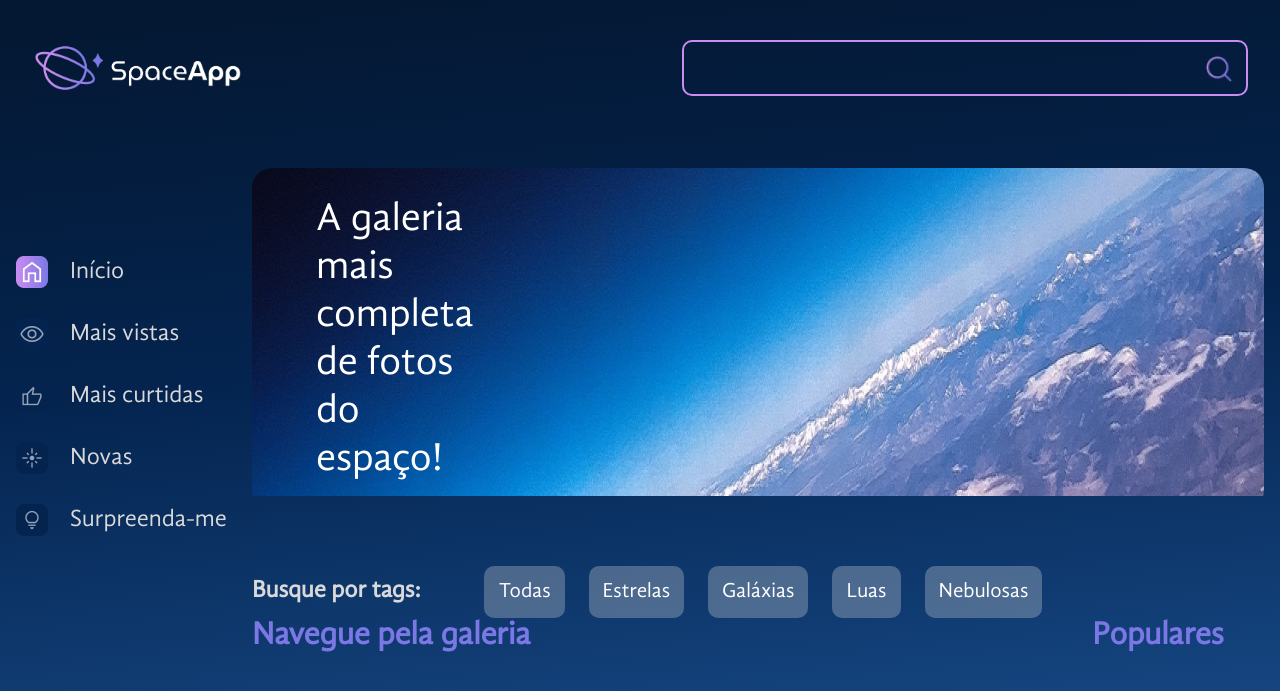
Repository: guilhermecardoso93/space-app-alura
Page: /
An editor plug-in stored every save of this project. The page is shown before and after the next save, followed by the edit.
The browser window is 1280 px wide. The pictures show the whole page.
The project was rebuilt for these pictures with package versions that can differ from the ones it lists, and the page was loaded fresh each time. Also part of the build but not shown: vite.config.js.

Above is the page before, as saved 2024-06-21 20:58:46.

### index.html
<!doctype html>
<html lang="en">
  <head>
    <meta charset="UTF-8" />
    <link rel="icon" type="image/svg+xml" href="/imagens/logo.png" />
    <meta name="viewport" content="width=device-width, initial-scale=1.0" />
    <title>SpaceApp</title>
  </head>
  <body>
    <div id="root"></div>
    <script type="module" src="/src/main.jsx"></script>
  </body>
</html>

### src/App.jsx
import { Banner } from "./components/Banner";
import { EstilosGlobais } from "./components/EstilosGlobais";
import { Header } from "./components/Header";
import { SideBar } from "./components/SideBar";

import bannerBackground from "./assets/banner.png";
import {
  AppContainer,
  ConteudoGaleria,
  FundoGradiente,
  MainContainer,
} from "./styles";
import { Gallery } from "./components/Gallery";

export function App() {
  return (
    <FundoGradiente>
      <EstilosGlobais />
      <AppContainer>
        <Header />
        <MainContainer>
          <SideBar />
          <ConteudoGaleria>
            <Banner
              texto="A galeria mais completa de fotos do espaço!"
              backgroundImage={bannerBackground}
            />
            <Gallery />
          </ConteudoGaleria>
        </MainContainer>
      </AppContainer>
    </FundoGradiente>
  );
}

### src/components/Banner/index.jsx
import { styled } from "styled-components";

export function Banner(props) {
  return (
    <FigureEstilizada $backgroundImage={props.backgroundImage}>
      <TituloEstilizado>{props.texto}</TituloEstilizado>
    </FigureEstilizada>
  );
}

const FigureEstilizada = styled.figure`
  background-image: ${(props) => `url(${props.$backgroundImage})`};
  flex-grow: 1;
  background-repeat: no-repeat;
  display: flex;
  align-items: center;
  min-height: 328px;
  margin: 0;
  border-radius: 20px;
  max-width: 100%;
`;

const TituloEstilizado = styled.h1`
  font-weight: 400;
  font-size: 40px;
  line-height: 48px;
  color: #ffffff;
  max-width: 300px;
  padding: 0 64px;
`;

### src/components/EstilosGlobais/index.jsx
import { createGlobalStyle } from "styled-components";

import GandhiSansRegular from "./fonts/GandhiSans-Regular.otf";
import GandhiSansBold from "./fonts/GandhiSans-Bold.otf";

export const EstilosGlobais = createGlobalStyle`
  @font-face {
    font-family: 'GandhiSansRegular';
    src: local('Gandhi Sans Regular'), local('GandhiSansRegular'), url(${GandhiSansRegular});
  }
  @font-face {
    font-family: 'GandhiSansBold';
    src: local('Gandhi Sans Bold'), local('GandhiSansBold'), url(${GandhiSansBold});
  }

  * {
  margin: 0;
  padding: 0;
  box-sizing: border-box;
}

html {
  line-height: 1.15;
  -webkit-text-size-adjust: 100%;
  font-family: GandhiSansRegular;
}
body {
  margin: 0;
  min-height: 100vh;
}
main {
  display: block;
}
h1 {
  font-size: 2em;
  margin: 0.67em 0;
}
hr {
  box-sizing: content-box;
  height: 0;
  overflow: visible;
}
a {
  background-color: transparent;
}
abbr[title] {
  border-bottom: none;
  text-decoration: underline;
  text-decoration: underline dotted;
}
b,
strong {
  font-weight: bolder;
}
code,
kbd,
samp {
  font-family: monospace, monospace;
  font-size: 1em;
}
small {
  font-size: 80%;
}
sub,
sup {
  font-size: 75%;
  line-height: 0;
  position: relative;
  vertical-align: baseline;
}
sub {
  bottom: -0.25em;
}
sup {
  top: -0.5em;
}
img {
  border-style: none;
}
button,
input,
optgroup,
select,
textarea {
  font-family: inherit;
  font-size: 100%;
  line-height: 1.15;
  margin: 0;
}
button,
input {
  overflow: visible;
}
button,
select {
  text-transform: none;
}
button,
[type="button"],
[type="reset"],
[type="submit"] {
  -webkit-appearance: button;
}
button::-moz-focus-inner,
[type="button"]::-moz-focus-inner,
[type="reset"]::-moz-focus-inner,
[type="submit"]::-moz-focus-inner {
  border-style: none;
  padding: 0;
}
button:-moz-focusring,
[type="button"]:-moz-focusring,
[type="reset"]:-moz-focusring,
[type="submit"]:-moz-focusring {
  outline: 1px dotted ButtonText;
}
fieldset {
  padding: 0.35em 0.75em 0.625em;
}
legend {
  box-sizing: border-box;
  color: inherit;
  display: table;
  max-width: 100%;
  padding: 0;
  white-space: normal;
}
progress {
  vertical-align: baseline;
}
textarea {
  overflow: auto;
}
[type="checkbox"],
[type="radio"] {
  box-sizing: border-box;
  padding: 0;
}
[type="number"]::-webkit-inner-spin-button,
[type="number"]::-webkit-outer-spin-button {
  height: auto;
}
[type="search"] {
  -webkit-appearance: textfield;
  outline-offset: -2px;
}
[type="search"]::-webkit-search-decoration {
  -webkit-appearance: none;
}
::-webkit-file-upload-button {
  -webkit-appearance: button;
  font: inherit;
}
details {
  display: block;
}
summary {
  display: list-item;
}
template {
  display: none;
}
[hidden] {
  display: none;
}
`;

### src/components/Header/index.jsx
import { CampoTexto } from "../CampoTexto";
import { HeaderContainer } from "./styles";

export function Header() {
  return (
    <HeaderContainer>
      <img src="/imagens/logo.png" alt="Logo" />
      <CampoTexto />
    </HeaderContainer>
  );
}

### src/components/SideBar/index.jsx
import { SideBarContainer, SidebarLista } from "./styles";
import { ItemLista } from "./ItemLista";

export function SideBar() {
  return (
    <SideBarContainer>
      <nav>
        <SidebarLista>
          <a href="/">
            <ItemLista
              iconeAtivo="/icones/home-ativo.png"
              iconeInativo="/icones/home-inativo.png"
              ativo={true}
            >
              Início
            </ItemLista>
          </a>
          <ItemLista
            iconeAtivo="/icones/mais-vistas-ativo.png"
            iconeInativo="/icones/mais-vistas-inativo.png"
          >
            Mais vistas
          </ItemLista>
          <a href="/"></a>
          <ItemLista
            iconeAtivo="/icones/mais-curtidas-ativo.png"
            iconeInativo="/icones/mais-curtidas-inativo.png"
          >
            Mais curtidas
          </ItemLista>
          <ItemLista
            iconeAtivo="/icones/novas-ativo.png"
            iconeInativo="/icones/novas-inativo.png"
          >
            Novas
          </ItemLista>
          <a href="/"></a>
          <a href="/"></a>
          <ItemLista
            iconeAtivo="/icones/surpreenda-me-ativo.png"
            iconeInativo="/icones/surpreenda-me-inativo.png"
          >
            Surpreenda-me
          </ItemLista>
          <a href="/"></a>
        </SidebarLista>
      </nav>
    </SideBarContainer>
  );
}

### src/styles.js
import { styled } from "styled-components";

export const FundoGradiente = styled.div`
  background: linear-gradient(
    174.61deg,
    #041833 4.16%,
    #04244f 48%,
    #154580 96.76%
  );
  width: 100%;
  min-height: 100vh;
`;

export const AppContainer = styled.div`
  width: 1440px;
  max-width: 100%;
  margin: 0 auto;
  padding: 1rem;
`;

export const MainContainer = styled.main`
  display: flex;
  gap: 1.5rem;
  align-items: center;
`;

export const ConteudoGaleria = styled.section`
  display: flex;
  flex-direction: column;
  flex-grow: 1;
`;

### src/components/Gallery/index.jsx
import { Titulo } from "../Titulo";
import { SectionPopulares } from "./SectionPopulares";
import { Tags } from "./Tags";

import { GaleriaContainer, SecaoFluida, ImagensContainer } from "./styles";

export function Gallery({ fotos = [] }) {
  return (
    <div>
      <Tags />
      <GaleriaContainer>
        <SecaoFluida>
          <Titulo>Navegue pela galeria</Titulo>
          <ImagensContainer>
            {fotos.map((foto) => (
              <Imagem key={foto.id} foto={foto} />
            ))}
          </ImagensContainer>
        </SecaoFluida>
        <SectionPopulares />
      </GaleriaContainer>
    </div>
  );
}

### src/components/CampoTexto/index.jsx
import { ContainerEstilizado, IconeLupa, CampoTextoEstilizado} from './styles'
import search from './search.png'

export function CampoTexto(props) {
  return (
    <ContainerEstilizado>
        <CampoTextoEstilizado {...props} />
        <IconeLupa src={search} alt="ícone de lupa" />
    </ContainerEstilizado>
)
}

### src/components/Header/styles.js
import styled from "styled-components";

export const HeaderContainer = styled.header`
  padding: 60px 0;
  display: flex;
  justify-content: space-between;
  align-items: center;
  padding: 1rem;
  margin-bottom: 3rem;

  img {
    max-width: 212px;
  }
`;

### src/components/SideBar/styles.js
import styled from "styled-components";

export const SideBarContainer = styled.aside`
  a {
    text-decoration: none;
  }
`;

export const SidebarLista = styled.ul`
  list-style: none;
  padding: 0;
  margin: 0;
  width: 212px;
`;

### src/components/SideBar/ItemLista/index.jsx
/* eslint-disable react/prop-types */
import styled from "styled-components";

export function ItemLista(props) {
  return (
    <ItemListaLi>
      <img src={props.ativo ? props.iconeAtivo : props.iconeInativo} alt="" />
      {props.children}
    </ItemListaLi>
  );
}

const ItemListaLi = styled.li`
  font-size: 24px;
  line-height: 29px;
  margin-bottom: 30px;
  cursor: pointer;
  color: ${(props) => (props.$ativo ? "#7B78E5" : "#D9D9D9")};
  font-family: ${(props) =>
    props.$ativo ? "GandhiSansBold" : "GandhiSansRegular"};
  display: flex;
  align-items: center;
  gap: 22px;
`;

### src/components/Titulo/index.jsx
import styled from "styled-components";

export const Titulo = styled.h2`
  color: #7b78e6;
  font-size: 32px;
  text-align: ${(props) => (props.$alinhamento ? props.$alinhamento : "left")};
`;

### src/components/Gallery/SectionPopulares/index.jsx
import { Titulo } from "../../Titulo";

export function SectionPopulares() {
  return (
    <div style={{ minWidth: 212 }}>
      <Titulo $alinhamento="center">Populares</Titulo>
    </div>
  );
}

### src/components/Gallery/Tags/index.jsx
import { TagTitulo, TagsContainer, Div, Tag } from "./styles";
import tags from "./tags.json";

export function Tags() {
  return (
    <TagsContainer>
      <TagTitulo>Busque por tags:</TagTitulo>
      <Div>
        {tags.map((tag) => (
          <Tag key={tag.id}>{tag.titulo}</Tag>
        ))}
      </Div>
    </TagsContainer>
  );
}

### src/components/Gallery/styles.js
import styled from "styled-components";

export const GaleriaContainer = styled.div`
    display: flex;
    gap: 24px;
`

export const SecaoFluida = styled.section`
    flex-grow: 1;
`

export const ImagensContainer = styled.section`
    display: flex;
    justify-content: space-between;
    flex-wrap: wrap;
    gap: 24px;
`

### src/components/CampoTexto/styles.js
import { styled } from "styled-components";

export const ContainerEstilizado = styled.div`
  position: relative;
  display: inline-block;
`;

export const CampoTextoEstilizado = styled.input`
  height: 56px;
  padding: 12px 16px;
  border-radius: 10px;
  border: 2px solid;
  border-color: #c98cf1;
  background: transparent;
  box-sizing: border-box;
  width: 566px;
  color: #d9d9d9;
  font-weight: 400;
  font-size: 20px;
  line-height: 20px;
`;

export const IconeLupa = styled.img`
  position: absolute;
  top: 10px;
  right: 10px;
  width: 38px;
  height: 38px;
`;

### src/components/Gallery/Tags/styles.js
import { styled } from 'styled-components';
import tags from './tags.json'

export const TagsContainer = styled.section`
    display: flex;
    align-items: center;
    gap: 64px;
    margin-top: 56px;
`

export const TagTitulo = styled.h3`
    color: #D9D9D9;
    font-size: 24px;
    margin: 0;
`;

export const Tag = styled.button`
    font-size: 1.3rem;
    color: #FFFFFF;
    background: rgba(217, 217, 217, 0.3);
    border-radius: 10px;
    cursor: pointer;
    transition: background-color 0.3s ease;
    padding: 12px;
    box-sizing: border-box;
    border: 2px solid transparent;
    &:hover {
      border-color: #C98CF1;
    }
`

export const Div = styled.div`
    display: flex;
    gap: 24px;
    justify-content: end;
`

### src/components/Gallery/Tags/tags.json
[
  {
    "id": 0,
    "titulo": "Todas"
  },
  {
    "id": 1,
    "titulo": "Estrelas"
  },
  {
    "id": 2,
    "titulo": "Galáxias"
  },
  {
    "id": 3,
    "titulo": "Luas"
  },
  {
    "id": 4,
    "titulo": "Nebulosas"
  }
]

Loaded but not shown: src/main.jsx (common file)

After the next save:
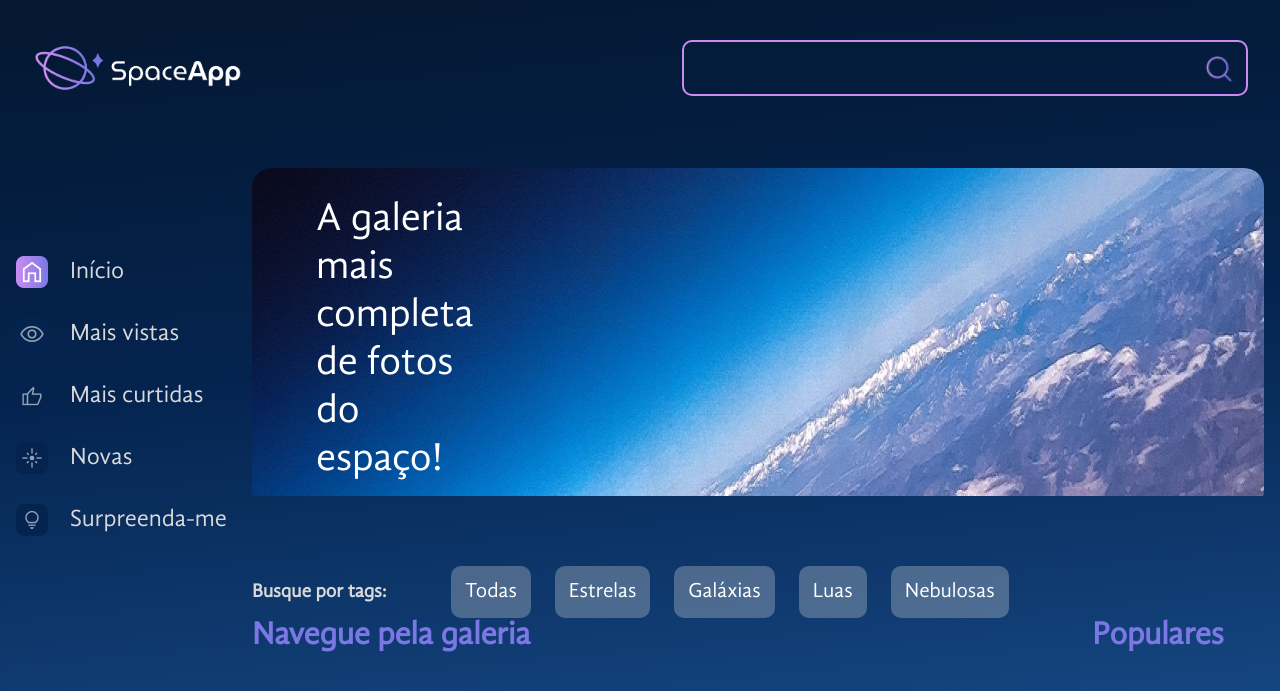
Saved 11 s later.
--- a/src/components/Gallery/Tags/styles.js
+++ b/src/components/Gallery/Tags/styles.js
@@ -10,7 +10,7 @@ export const TagsContainer = styled.section`
 
 export const TagTitulo = styled.h3`
     color: #D9D9D9;
-    font-size: 24px;
+    font-size: 1.2rem;
     margin: 0;
 `;
 
